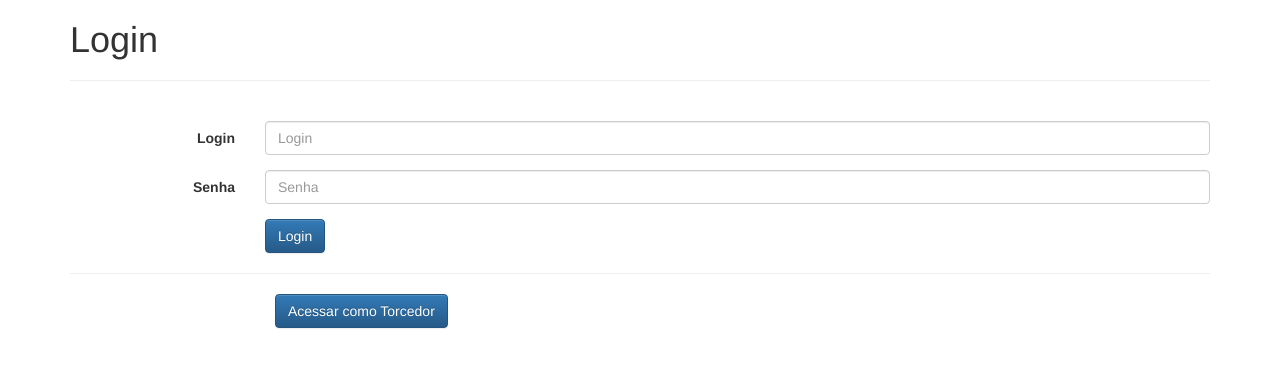
Repository: ProjetoBlocoInfnet/projeto-carnaval
Page: http://localhost/ProjetoCarnaval_Exemplo01/login
An editor plug-in stored every save of this project. The page is shown before and after the next save, followed by the edit.
The browser window is 1280 px wide. The pictures show the whole page.
Some web libraries are served in a nearby version. The page is served by Tomcat 9. Other server files are loaded and not shown.

Above is the page before, as saved 2015-05-14 02:05:39.

### ProjetoCarnaval_Exemplo01/WebContent/index.jsp
<%@ page language="java" contentType="text/html; charset=ISO-8859-1"
    pageEncoding="ISO-8859-1"%>
<!DOCTYPE html PUBLIC "-//W3C//DTD HTML 4.01 Transitional//EN" "http://www.w3.org/TR/html4/loose.dtd">
<html>
<head>
<title>Projeto Carnaval</title>
<meta http-equiv="Content-Type" content="text/html; charset=UTF-8">
<meta name="viewport" content="width=device-width, initial-scale=1">
	<!-- Latest compiled and minified CSS -->
	<link rel="stylesheet" href="https://maxcdn.bootstrapcdn.com/bootstrap/3.3.4/css/bootstrap.min.css">

	<!-- Optional theme -->
	<link rel="stylesheet" href="https://maxcdn.bootstrapcdn.com/bootstrap/3.3.4/css/bootstrap-theme.min.css">

	<!-- Latest compiled and minified JavaScript -->
	<script src="https://ajax.googleapis.com/ajax/libs/jquery/2.1.3/jquery.min.js"></script>
	<script src="https://maxcdn.bootstrapcdn.com/bootstrap/3.3.4/js/bootstrap.min.js"></script>
	<script src="http://ajax.googleapis.com/ajax/libs/jqueryui/1.11.4/jquery-ui.min.js"></script>

</head>
<body>



<div class="container">

	<div>
	<h1>Login</h1>
	</div>
	<hr/>
	<br>

	<%
	if(request.getAttribute("resultado") != null){%>
		<div class="alert alert-danger" role="alert">
		<button type="button" class="close" data-dismiss="alert" aria-label="Close"><span aria-hidden="true">&times;</span></button>
		<strong><%=request.getAttribute("resultado") %></strong></div>
	<% }else if (request.getAttribute("logout") != null){%>
		<div class="alert alert-info" role="alert">
		<button type="button" class="close" data-dismiss="alert" aria-label="Close"><span aria-hidden="true">&times;</span></button>
		<strong><%=request.getAttribute("logout") %></strong></div>
	<% } %>

	<form class="form-horizontal" action="Login" method="post">
		  <div class="form-group">
		    <label for="login" class="col-sm-2 control-label">Login</label>
		    <div class="col-sm-10">
		      <input type="text" name="login" class="form-control" id="login" placeholder="Login">
		    </div>
		  </div>
		  <div class="form-group">
		    <label for="senha" class="col-sm-2 control-label">Senha</label>
		    <div class="col-sm-10">
		      <input type="password" name="senha" class="form-control" id="senha" placeholder="Senha">
		    </div>
		  </div>


		  <div class="form-group">
		    <div class="col-sm-offset-2 col-sm-10">
		      <button type="submit" class="btn btn-primary">Login</button>
		    </div>
		  </div>
	</form>
	<hr>
	<form action="ControlaTorcedor" method="post"  >
			<div class="form-group">
		    <div class="col-sm-offset-2 col-sm-10">
		      <button type="submit" class="btn btn-primary">Acessar como Torcedor</button>
		    </div>
		  </div>
	</form>


</div>
</body>
</html>

### ProjetoCarnaval_Exemplo01/src/controle/Login.java
package controle;

import java.io.IOException;

import javax.servlet.ServletException;
import javax.servlet.annotation.WebServlet;
import javax.servlet.http.HttpServlet;
import javax.servlet.http.HttpServletRequest;
import javax.servlet.http.HttpServletResponse;
import javax.servlet.http.HttpSession;

import negocio.Usuario;
import dao.UsuarioDAO;

@WebServlet("/login")
public class Login extends HttpServlet {

	private static final long serialVersionUID = 5480054916620773263L;

	private HttpSession session = null;

	protected void doPost(HttpServletRequest request, HttpServletResponse response) throws ServletException, IOException {

		String login = request.getParameter("login");
		String senha = request.getParameter("senha");

		session = request.getSession();

		Usuario usuario = (Usuario) new UsuarioDAO().obterUsuario(login,senha);


		if (usuario == null){
			System.out.println("usuário inexistente");
			request.setAttribute("resultado", "Usuário inexistente");
			request.getRequestDispatcher("index.jsp").forward(request, response);
		}
		else{
			session.setAttribute("usuario", usuario);
			request.getRequestDispatcher( usuario.getPerfil().indexPage ).forward(request, response);
		}
	}
}

After the next save:
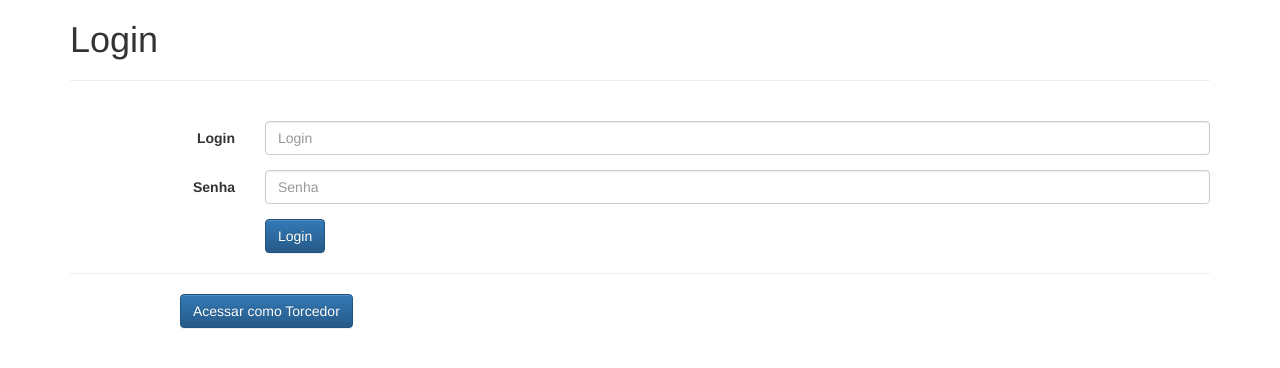
Saved 16 s later.
--- a/ProjetoCarnaval_Exemplo01/WebContent/index.jsp
+++ b/ProjetoCarnaval_Exemplo01/WebContent/index.jsp
@@ -65,7 +65,7 @@
 	<hr>
 	<form action="ControlaTorcedor" method="post"  >
 			<div class="form-group">
-		    <div class="col-sm-offset-2 col-sm-10">
+		    <div class="col-sm-offset-1 col-sm-10">
 		      <button type="submit" class="btn btn-primary">Acessar como Torcedor</button>
 		    </div>
 		  </div>
